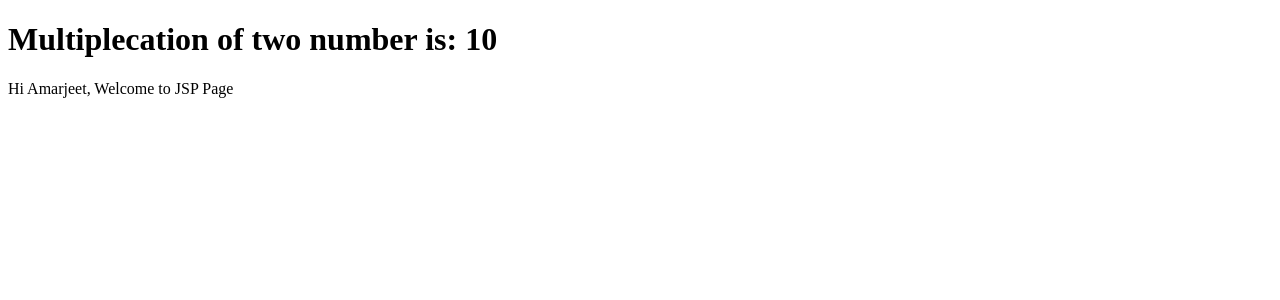
Repository: amarjeetcs/Besant-JSP
Page: http://localhost/HelloWorldUsingJsp/index1.jsp
These files come from the project's save history. The page is drawn as it stood at one moment and after the next save; the edit follows.
The browser window is 1280 px wide. The pictures show the whole page.
The page is served by Tomcat 9.

Above is the page before, as saved 2024-09-13 04:23:54.

After the next save:
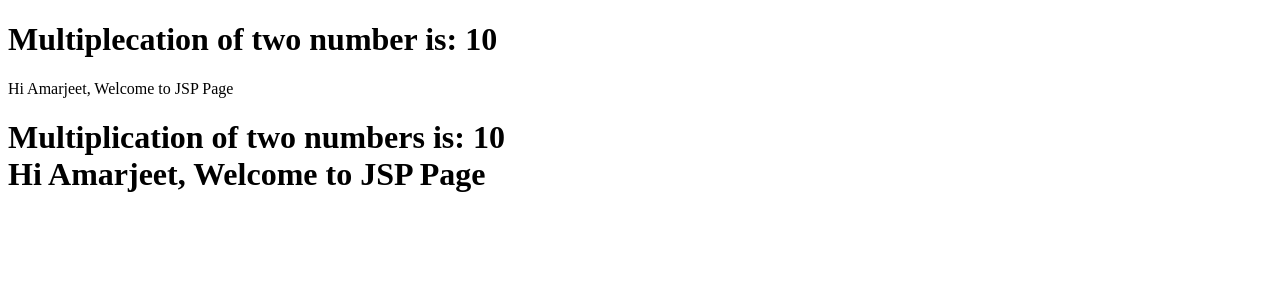
Saved 2 min 28 s later.
--- a/HelloWorldUsingJsp/src/main/webapp/index1.jsp
+++ b/HelloWorldUsingJsp/src/main/webapp/index1.jsp
@@ -13,5 +13,16 @@
 <% System.out.println(2*5);%>
 
 
+
+<h1>Multiplication of two numbers is:
+    <%
+        out.print(2 * 5);
+        out.print("<br>Hi Amarjeet, Welcome to JSP Page<br>");
+        System.out.println(2 * 5);
+    %>
+</h1>
+
+
+
 </body>
 </html>
